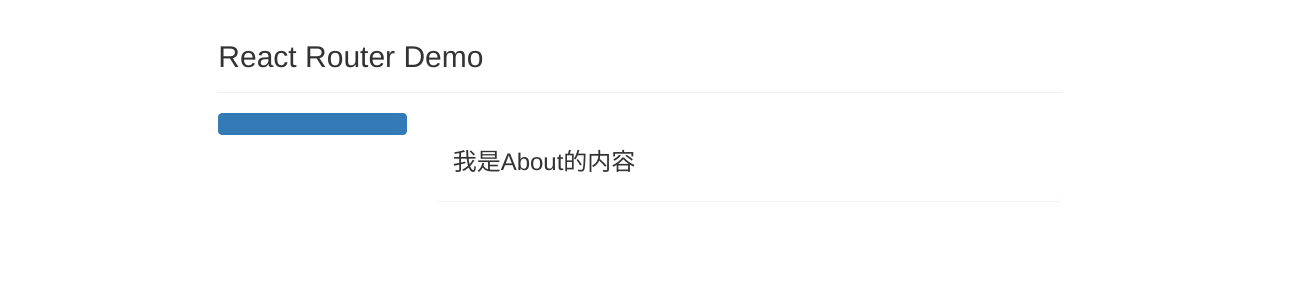
Repository: JinYiGao/ReactLearning
Page: / (app in 14.React脚手架/react_router6/)
The author's editor kept a copy of each file at every save. The page is drawn from the files as they stood at one save, then again after the next save.
The browser window is 1280 px wide. The page is 1295 px wide, so the pictures cover 1295 px, including what lies to the right of the window. The pictures show the whole page.
The project was rebuilt for these pictures with package versions that can differ from the ones it lists, and the page was loaded fresh each time.

Above is the page before, as saved 2022-04-13 20:49:34.

### 14.React脚手架/react_router6/public/index.html
<!--
 * @Descripttion:
 * @version:
 * @Author: JinYiGao
 * @Date: 2022-04-13 20:05:38
 * @LastEditors: JinYiGao
 * @LastEditTime: 2022-04-13 20:47:03
-->
<!DOCTYPE html>
<html lang="en">
  <head>
    <meta charset="utf-8" />
    <link rel="icon" href="%PUBLIC_URL%/favicon.ico" />
    <meta name="viewport" content="width=device-width, initial-scale=1" />
    <meta name="theme-color" content="#000000" />
    <meta
      name="description"
      content="Web site created using create-react-app"
    />
    <link rel="apple-touch-icon" href="%PUBLIC_URL%/logo192.png" />
    <!--
      manifest.json provides metadata used when your web app is installed on a
      user's mobile device or desktop. See https://developers.google.com/web/fundamentals/web-app-manifest/
    -->
    <link rel="manifest" href="%PUBLIC_URL%/manifest.json" />
    <link rel="stylesheet" href="/css/bootstrap.css">
    <!--
      Notice the use of %PUBLIC_URL% in the tags above.
      It will be replaced with the URL of the `public` folder during the build.
      Only files inside the `public` folder can be referenced from the HTML.

      Unlike "/favicon.ico" or "favicon.ico", "%PUBLIC_URL%/favicon.ico" will
      work correctly both with client-side routing and a non-root public URL.
      Learn how to configure a non-root public URL by running `npm run build`.
    -->
    <title>React App</title>
  </head>
  <body>
    <noscript>You need to enable JavaScript to run this app.</noscript>
    <div id="root"></div>
    <!--
      This HTML file is a template.
      If you open it directly in the browser, you will see an empty page.

      You can add webfonts, meta tags, or analytics to this file.
      The build step will place the bundled scripts into the <body> tag.

      To begin the development, run `npm start` or `yarn start`.
      To create a production bundle, use `npm run build` or `yarn build`.
    -->
  </body>
</html>

### 14.React脚手架/react_router6/src/index.js
/*
 * @Descripttion:
 * @version:
 * @Author: JinYiGao
 * @Date: 2022-04-13 20:05:38
 * @LastEditors: JinYiGao
 * @LastEditTime: 2022-04-13 20:48:30
 */
import {createRoot} from 'react-dom/client'
import { BrowserRouter } from 'react-router-dom';
import App from "./App";

const root = createRoot(document.getElementById('root'));
root.render(<BrowserRouter><App></App></BrowserRouter>);

### 14.React脚手架/react_router6/src/App.js
/*
 * @Descripttion:
 * @version:
 * @Author: JinYiGao
 * @Date: 2022-04-13 20:05:38
 * @LastEditors: JinYiGao
 * @LastEditTime: 2022-04-13 20:49:33
 */
import React from 'react'
import { NavLink } from 'react-router-dom';

export default function App() {
  const [count, setCount] = React.useState(1);

  function add(){
    setCount(count + 1);
  }

  return (
    <div>
      <div className="row">
        <div className="col-xs-offset-2 col-xs-8">
          <div className="page-header"><h2>React Router Demo</h2></div>
        </div>
      </div>
      <div className="row">
        <div className="col-xs-2 col-xs-offset-2">
          <div className="list-group">
            {/* <a className="list-group-item active" href="./about.html">About</a>
            <a className="list-group-item" href="./home.html">Home</a> */}
            <NavLink className="list-group-item active"></NavLink>
          </div>
        </div>
        <div className="col-xs-6">
          <div className="panel">
            <div className="panel-body">
              <h3>我是About的内容</h3>
            </div>
          </div>
        </div>
      </div>
    </div>
  )
}

Loaded but not shown: 14.React脚手架/react_router6/public/css/bootstrap.css (library)

After the next save:
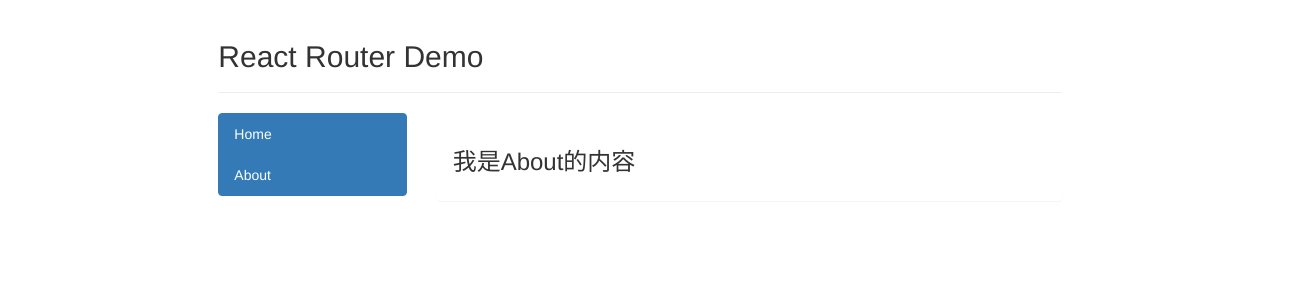
Saved 27 s later.
--- a/14.React脚手架/react_router6/src/App.js
+++ b/14.React脚手架/react_router6/src/App.js
@@ -28,7 +28,8 @@ export default function App() {
           <div className="list-group">
             {/* <a className="list-group-item active" href="./about.html">About</a>
             <a className="list-group-item" href="./home.html">Home</a> */}
-            <NavLink className="list-group-item active"></NavLink>
+            <NavLink className="list-group-item active" to="/home">Home</NavLink>
+            <NavLink className="list-group-item active" to="/about">About</NavLink>
           </div>
         </div>
         <div className="col-xs-6">
